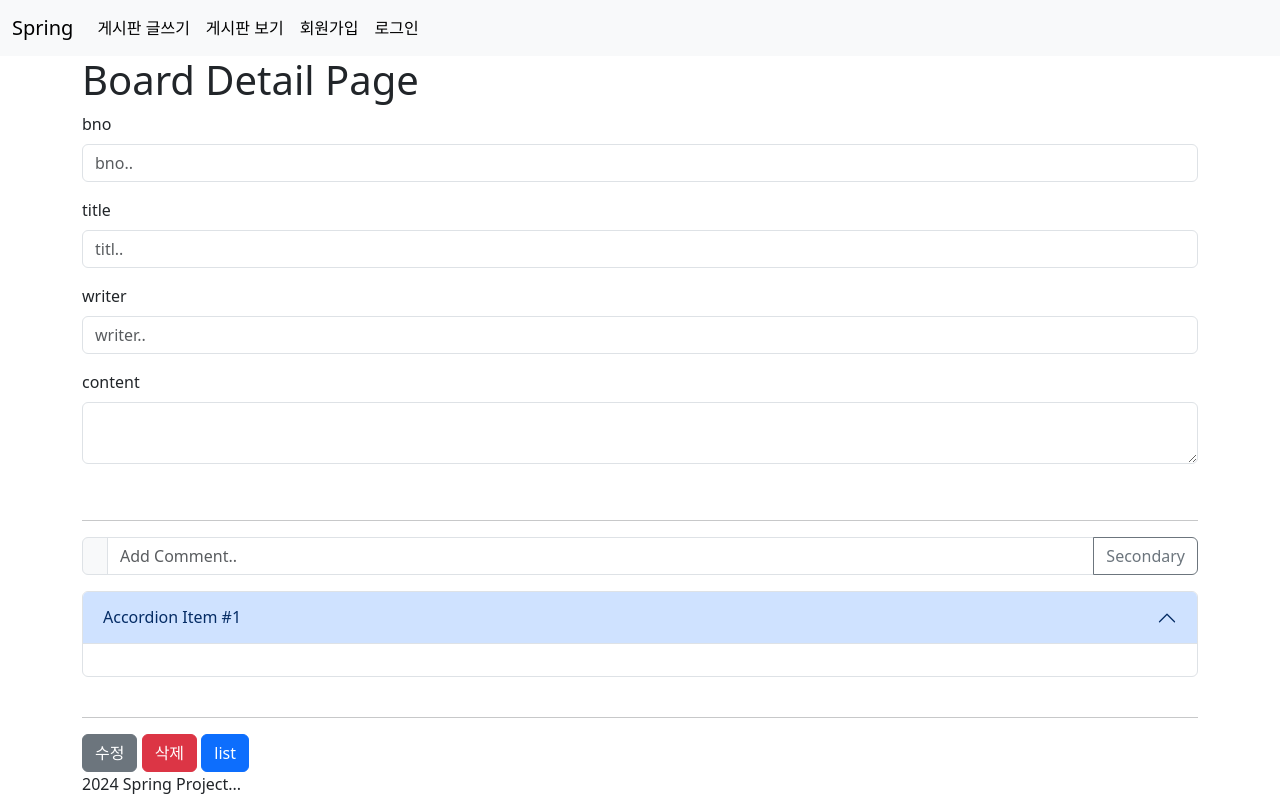
Repository: dlfhrrl12/springtest
Page: http://localhost/spring_study/WEB-INF/views/board/detail.jsp
These files come from the project's save history. The page is drawn as it stood at one moment and after the next save; the edit follows.
The browser window is 1280 px wide. The pictures show the whole page.
The page is served by Tomcat 9. Nobody is signed in. The template is opened directly, without the code that normally fills it, so the values that code supplies are empty.

Above is the page before, as saved 2024-04-26 02:49:03.

After the next save:
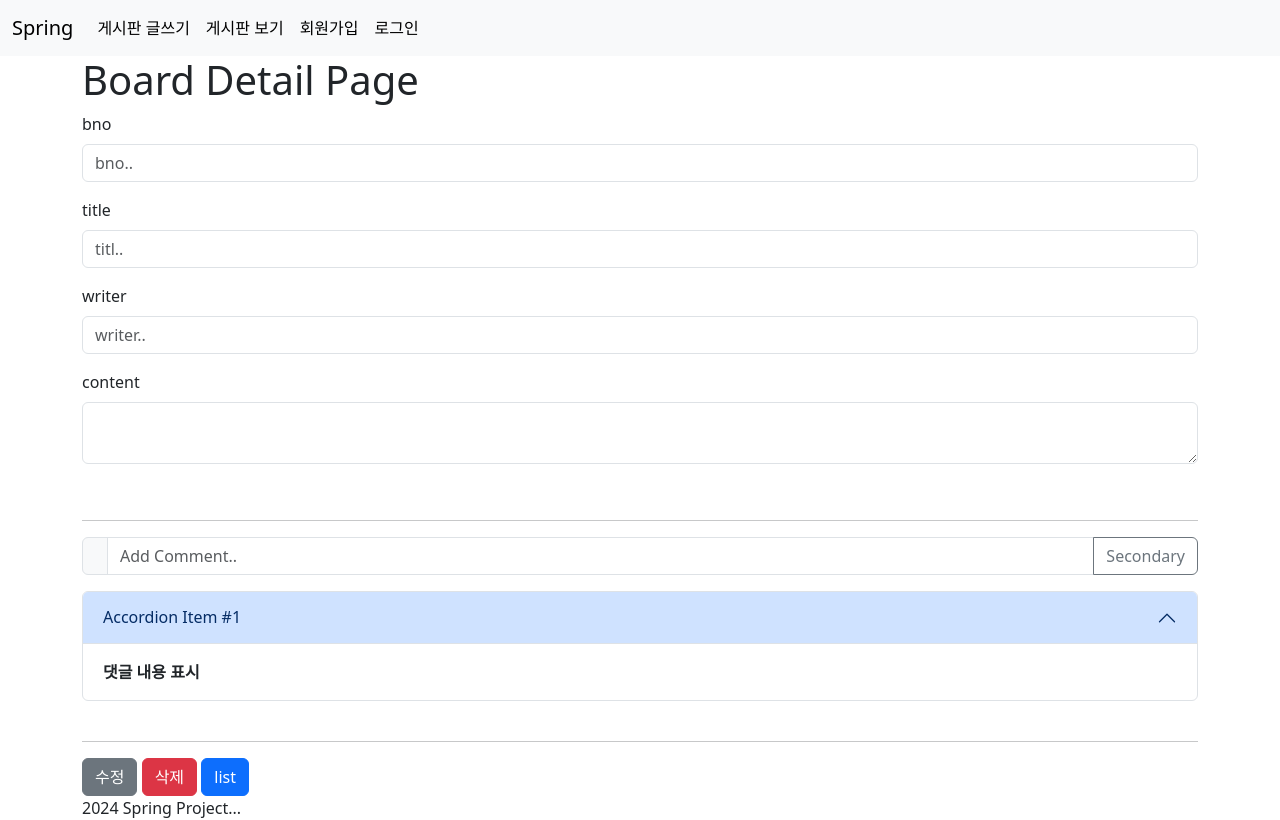
Saved 18 s later.
--- a/spring_study/src/main/webapp/WEB-INF/views/board/detail.jsp
+++ b/spring_study/src/main/webapp/WEB-INF/views/board/detail.jsp
@@ -41,7 +41,7 @@
 			    </h2>
 			    <div id="collapseOne" class="accordion-collapse collapse show" data-bs-parent="#accordionExample">
 			      <div class="accordion-body">
-
+			        <strong>댓글 내용 표시</strong>
 			      </div>
 			    </div>
 			  </div>
